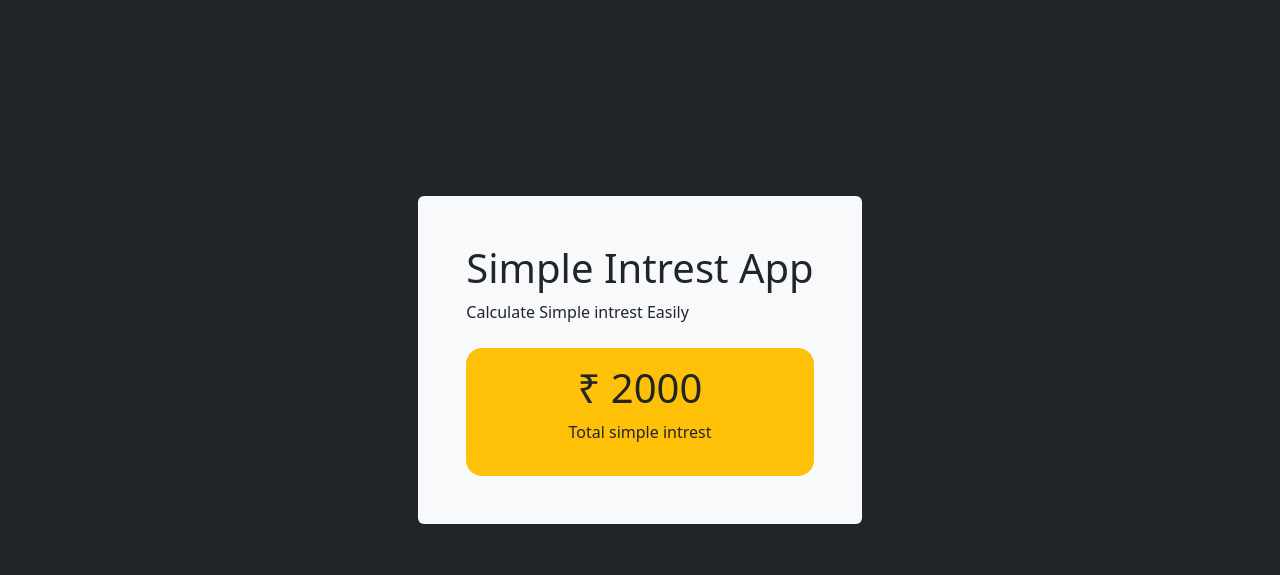
Repository: Afraz13/simple-intrest
Page: /
An editor plug-in stored every save of this project. The page is shown before and after the next save, followed by the edit.
The browser window is 1280 px wide. The pictures show the whole page.
The project was rebuilt for these pictures with package versions that can differ from the ones it lists, and the page was loaded fresh each time. Also part of the build but not shown: src/index.css, src/App.css.

Above is the page before, as saved 2024-07-15 20:32:12.

After the next save:
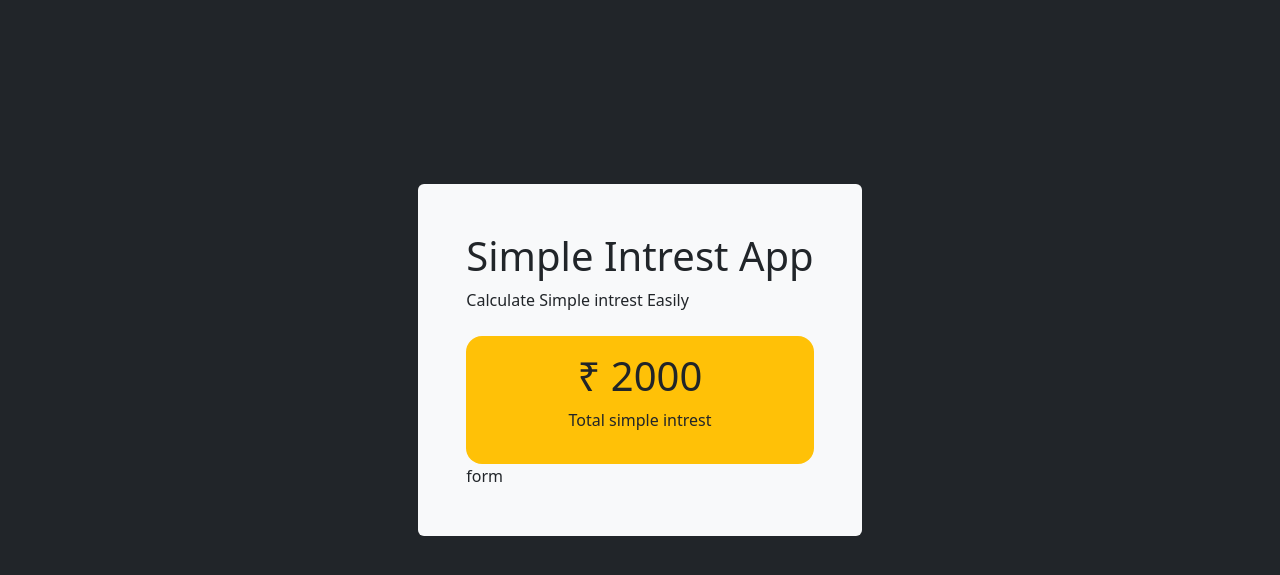
Saved 34 s later.
--- a/src/App.js
+++ b/src/App.js
@@ -11,6 +11,7 @@ function App() {
       <h1>₹ 2000</h1>
       <p>Total simple intrest</p>
     </div>
+    form
     </div>
     </div>
   );
